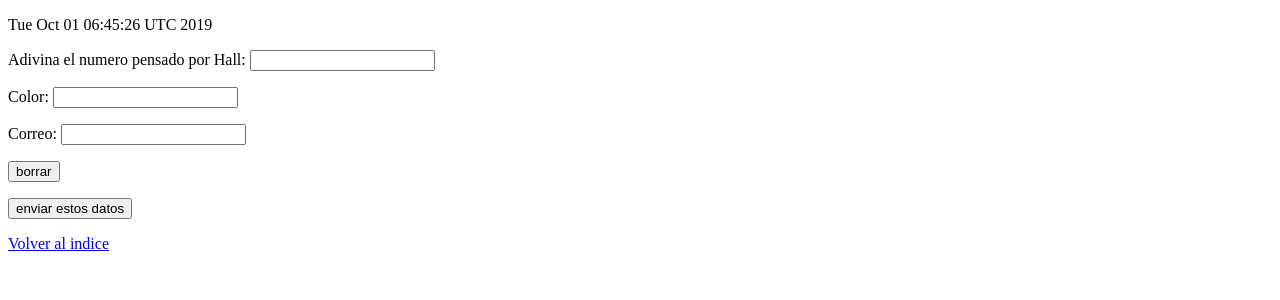
Repository: weertop/2DAW
Page: http://localhost/Formularios/adivinaNumero.jsp
An editor plug-in stored every save of this project. The page is shown before and after the next save, followed by the edit.
The browser window is 1280 px wide. The pictures show the whole page.
The page is served by Tomcat 9. Other server files are loaded and not shown.

Above is the page before, as saved 2019-10-01 07:53:56.

### DWServidor/eclipse-workspace-photom/Formularios/WebContent/adivinaNumero.jsp
<%@ page language="java" contentType="text/html; charset=UTF-8"
    pageEncoding="UTF-8"%>
<%@ page import="java.util.*" %>
<!DOCTYPE html>
<html>
<head>
<meta charset="UTF-8">
<title>Insert title here</title>
</head>
<body>
	<%Date fecha = new Date();
	out.println("<p>" + fecha + "</p>");
	%>
	<form action="destinoAdivinaNumero.jsp" method="post">
		<p> Adivina el numero pensado por Hall: <input type="text" name="nombre" required/> </p>
		<p> Color: <input type="text" name="color" /> </p>
		<p> Correo: <input type="text" name="correo" /> </p>
		<p> <input type="reset" name="borrar" value="borrar" />	</p>
		<p> <input type="submit" name="enviar" value="enviar estos datos" /> </p> <!-- el value es lo que se enviara -->
	</form>

	<p><a href="index.jsp">Volver al indice</a></p>
</body>
</html>

After the next save:
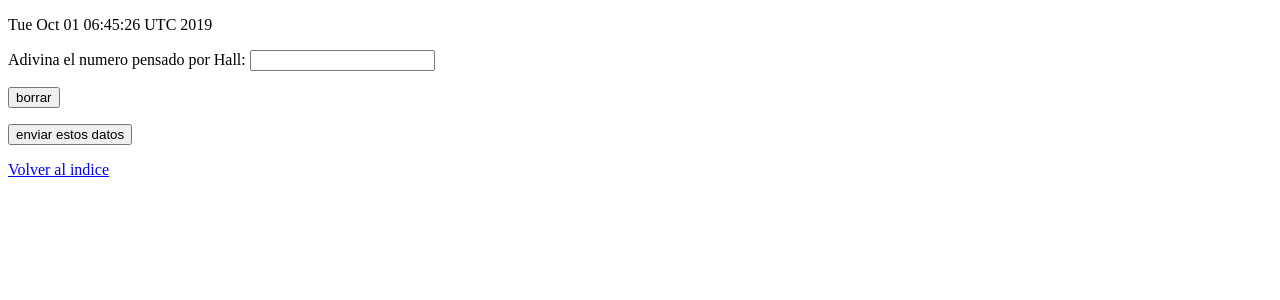
Saved 49 s later.
--- a/DWServidor/eclipse-workspace-photom/Formularios/WebContent/adivinaNumero.jsp
+++ b/DWServidor/eclipse-workspace-photom/Formularios/WebContent/adivinaNumero.jsp
@@ -12,9 +12,9 @@
 	out.println("<p>" + fecha + "</p>");
 	%>
 	<form action="destinoAdivinaNumero.jsp" method="post">
-		<p> Adivina el numero pensado por Hall: <input type="text" name="nombre" required/> </p>
-		<p> Color: <input type="text" name="color" /> </p>
-		<p> Correo: <input type="text" name="correo" /> </p>
+		<p> Adivina el numero pensado por Hall: <input type="number" name="nombre" required/> </p>
+
+		<p><input type="hidden" name="numero" value=""/> </p>
 		<p> <input type="reset" name="borrar" value="borrar" />	</p>
 		<p> <input type="submit" name="enviar" value="enviar estos datos" /> </p> <!-- el value es lo que se enviara -->
 	</form>
